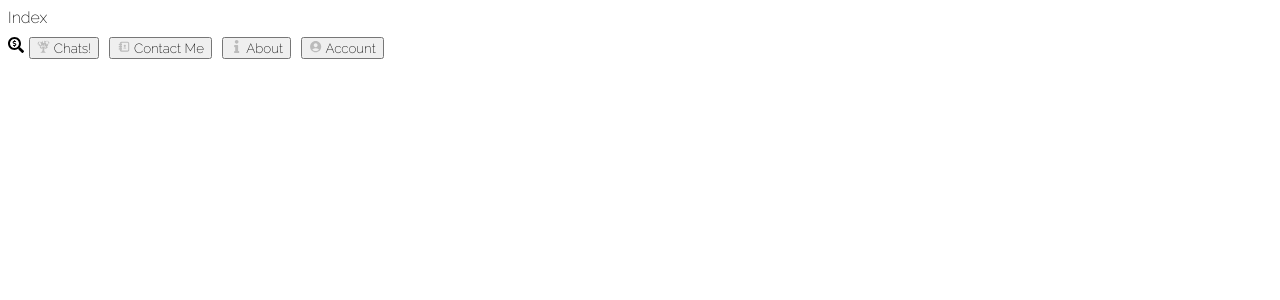
Repository: semileeBCIT/MDIA2109Tut4
Page: /
The author's editor kept a copy of each file at every save. The page is drawn from the files as they stood at one save, then again after the next save.
The browser window is 1280 px wide. The pictures show the whole page.
The project was rebuilt for these pictures with package versions that can differ from the ones it lists, and the page was loaded fresh each time. The framework's server and built-in components were replaced by stand-ins that run in the browser. Also part of the build but not shown: next.config.js.

Above is the page before, as saved 2020-04-15 22:45:05.

After the next save:
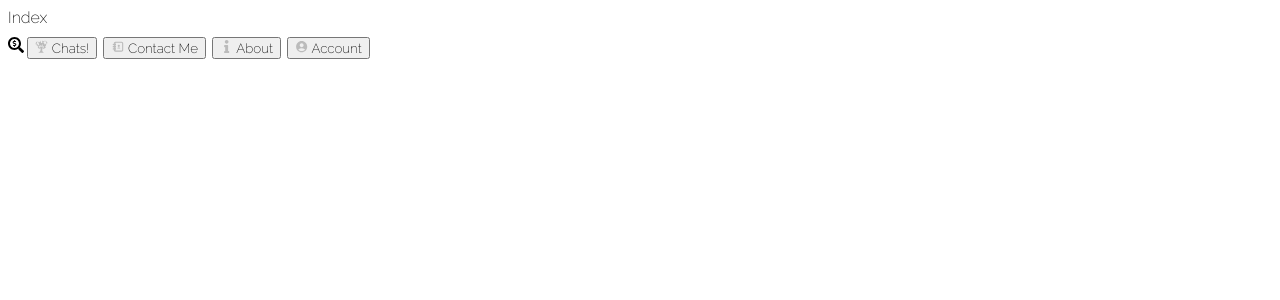
Saved 11 s later.
--- a/pages/index.css
+++ b/pages/index.css
@@ -11,7 +11,7 @@
 }
 
 button{
-    margin: 0 5px;
+    margin: 0 3px;
 }
 
 body, html {
